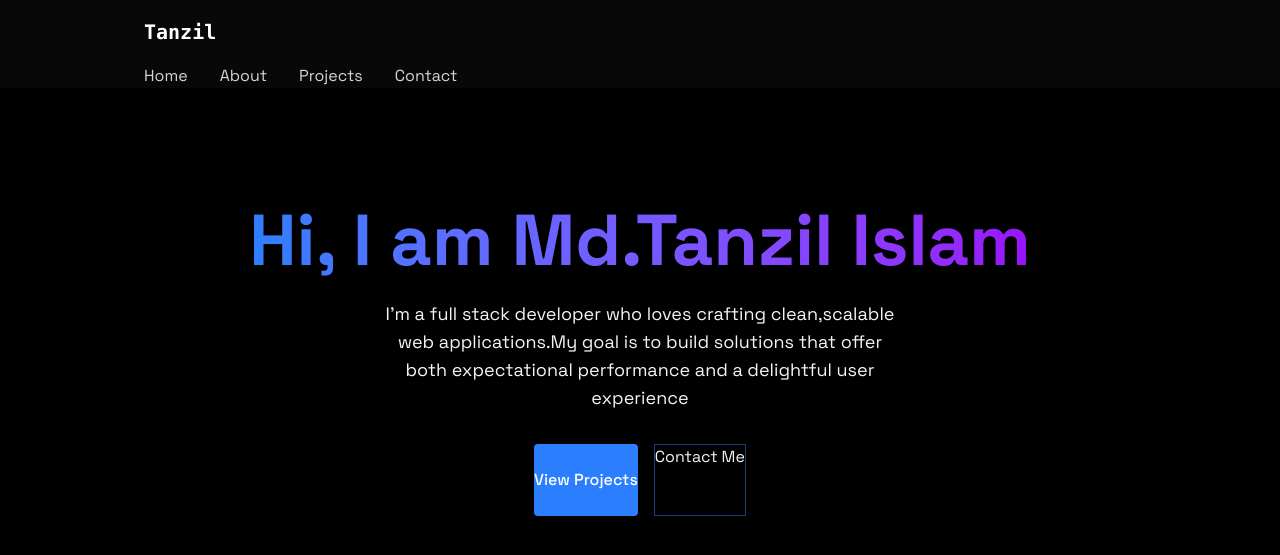
Repository: tanimtanzilislam/my_portfolio
Page: /
An editor plug-in stored every save of this project. The page is shown before and after a run of saves, followed by the edit.
The browser window is 1280 px wide. The pictures show the whole page.
The project was rebuilt for these pictures with package versions that can differ from the ones it lists, and the page was loaded fresh each time. Also part of the build but not shown: vite.config.js.

Above is the page before, as saved 2025-05-10 12:23:09.

After the next 3 saves:
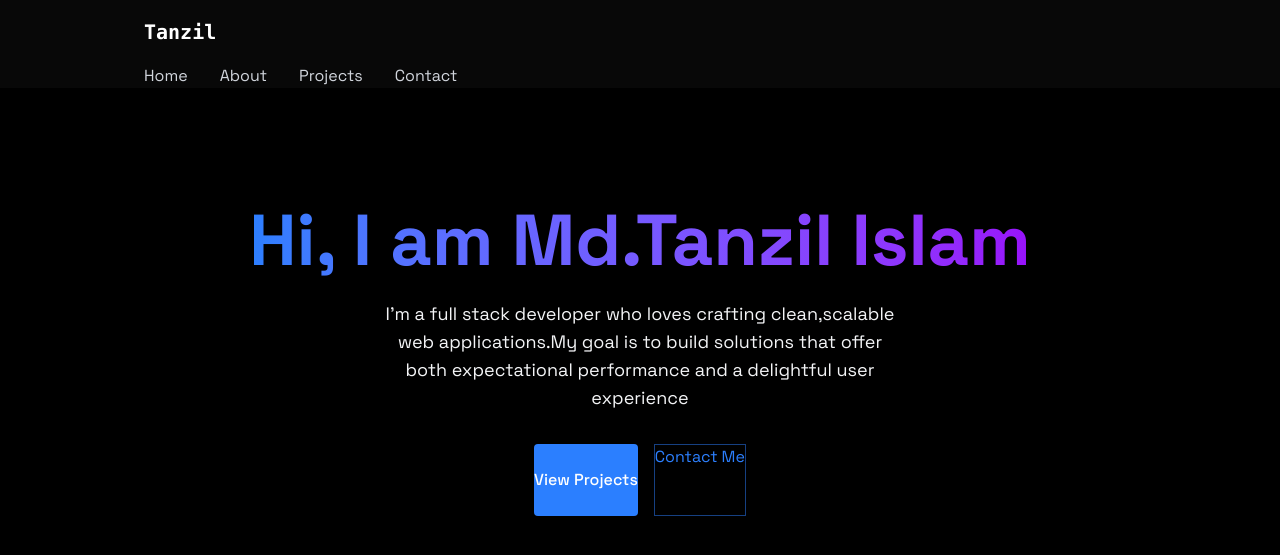
The 3 saves are shown as one change because they came seconds apart.
The last was saved 15 s later.
--- a/src/components/sections/Home.jsx
+++ b/src/components/sections/Home.jsx
@@ -10,7 +10,7 @@ export const Home =()=>{
                 View Projects
             </a>
 
-            <a href="#contact " className="border border-blue-500/50 hover:-translate-y-0.5 hover-shadow-[0_0_15px_rgba(59,130,246,0.4)]">
+            <a href="#contact " className="border border-blue-500/50 text-blue-500 hover:-translate-y-0.5 hover-shadow-[0_0_15px_rgba(59,130,246,0.4)]">
                 Contact Me
             </a>
            </div>
